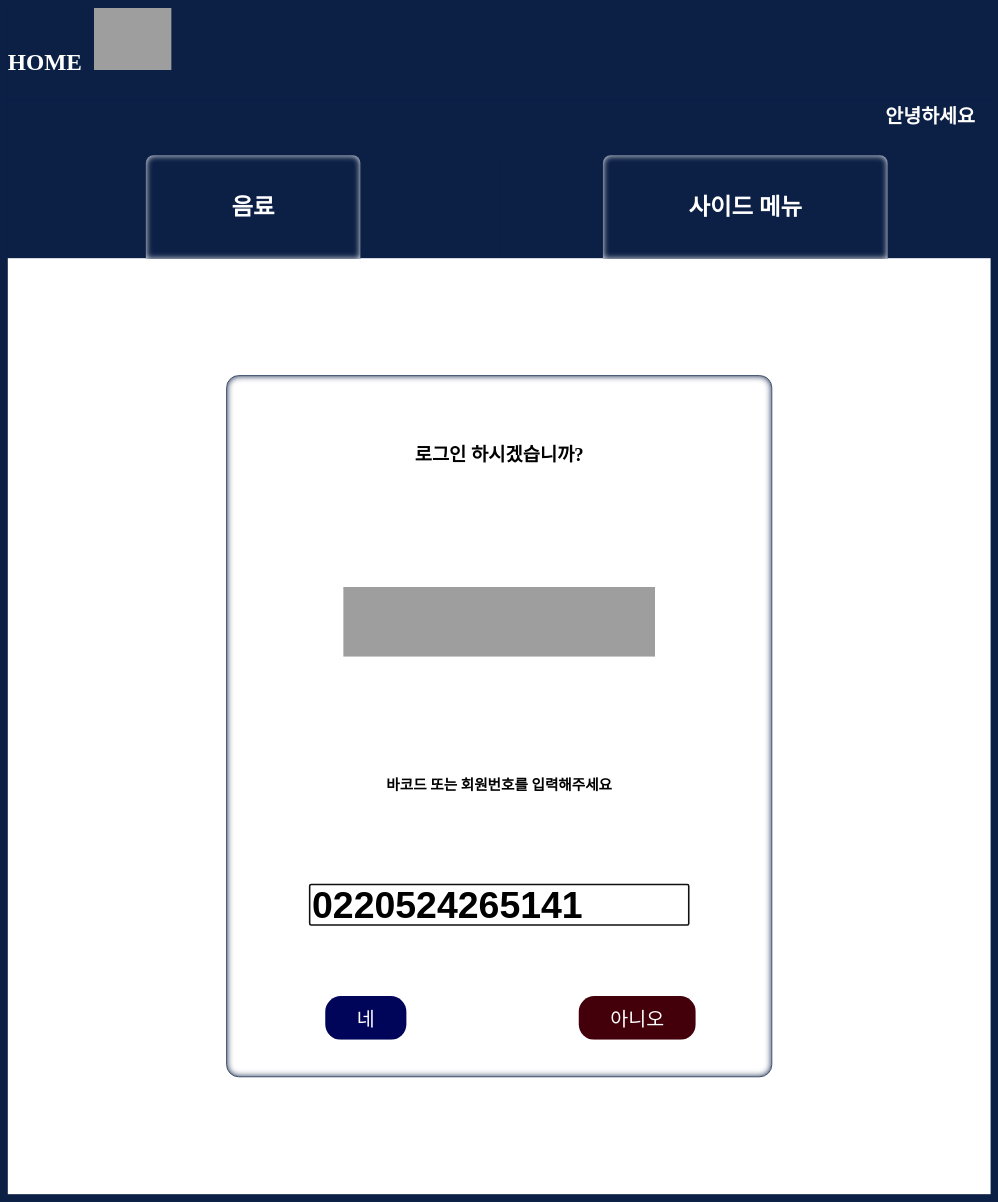
Repository: DevJoeYC/Metabukcs
Page: http://localhost/metabucks/KIOSK/login.jsp
An editor plug-in stored every save of this project. The page is shown before and after the next save, followed by the edit.
The browser window is 1280 px wide. The pictures show the whole page, at 78% of full size.
Pictures or frames that could not be fetched are drawn as grey boxes. The page is served by Tomcat 9. Other server files are loaded and not shown.

Above is the page before, as saved 2022-05-27 05:43:05.

### metabucks/WebContent/KIOSK/login.jsp
<%@ page language="java" contentType="text/html; charset=UTF-8"
    pageEncoding="UTF-8"%>
<%@ include file="includes/head.jsp" %>
<script>
	window.onload = function()
	{
		$("#usernum").focus();
	}

	function DoLogin()
	{
		if($("#usernum").val() == "" || $("#usernum").val() == null)

		{
			alert("회원번호를 입력하세요.");
			$("#usernum").focus();
			return;
		}

		//로그인 처리
		$.ajax({
			type : "post",
			url: "loginok.jsp",
			dataType: "html",
			data:
			{
				usernum: $("#usernum").val()
		    },
			success : function(data)
			{
				data = data.trim();
				if(data == "OK")
				{
					document.location = "drinkmenu.jsp";
				}else
				{
					alert("회원번호가 일치하지 않습니다.");
				}
			}
		});
	}
</script>
<!-- ==================================================================================================================== -->
<tr>
	<td style="background-color:white;padding:150px 0px 150px 0px" colspan=3>
		<form name="login" method="post" action="loginok.jsp" onsubmit="javascript:return false;">
		<table id="login" border="0" height="900" width="700" style="margin : auto; text-align:center">
			<tr>
				<td colspan="2"><h2>로그인 하시겠습니까?</h2></td>
			</tr>
			<tr>
				<td colspan="2"><img src="images/barcode.png" width="400" height="90"></td>
			</tr>
			<tr>
				<td colspan=2><h3>바코드 또는 회원번호를 입력해주세요</h3></td>
			</tr>

			<tr>
				<td colspan=2><input type="text"
									 id="usernum"
									 name="usernum"
									 style="width:30rem; height:3rem;font-size:3rem;font-weight:bold"
									 value="0220524265141">
				</td>
			</tr>

			<tr>
				<td width="350px"><a id="yes" href="javascript:DoLogin();">네</a></td>
				<td><span><a id="no" href="drinkmenu.jsp">아니오</a></span></td>
			</tr>
		</table>
		</form>
	</td>
<!-- ==================================================================================================================== -->
<%@ include file="includes/tail.jsp" %>

### metabucks/WebContent/KIOSK/includes/head.jsp
<%@ page language="java" contentType="text/html; charset=UTF-8"
    pageEncoding="UTF-8"%>
<%@ page import="meta.dto.*" %>
<%@ page import="meta.vo.*" %>
<!DOCTYPE html>

<%
	//session.setMaxInactiveInterval(60*1); //1분후 세션만료(아무 움직임 없을시)
	String id = "";
	accountVO user  = (accountVO) session.getAttribute("accountVO");
	if(user != null)
	{
		id = user.id();
	}
%>
<html>
	<head>

		<title>메타벅스</title>
		<link rel="stylesheet" href="css/kiosk.css"/>
		<script src="js/jquery-3.6.0.js"></script>
	</head>
	<style>

    	</style>
	<body>
		<table border=0  style="width:100%;">
			<tr>
				<td id="bar" colspan="2" style="text-align:left;padding:0px 0px 30px 0px"><a style="color: white;text-decoration:none;" href="index.jsp">HOME &nbsp;<img src="images/CoffeeLogo.png" height="80px" width="100px"></a></td>
			</tr>
			<tr>
				<td id="bar" colspan="2" style="text-align:right; width:100px; height:30px; font-size:25px; padding:0px 20px 30px 0px">
					<%
						if(id == null || id.equals(""))
						{
							%>
								안녕하세요
							<%
						}else
						{
							%>
							( <%= user.name() %> )님 환영합니다 &nbsp;&nbsp;&nbsp;<a id="mypagebtn" href="mypage.jsp">마이페이지</a></td>
							<%
						}
					%>
				</td>
			</tr>
			<tr>
				<td id="bar"  height="130px" width="100px" style="text-align:center"><a id="menu" style="color: white" href="drinkmenu.jsp">음료</a></td>
				<td id="bar" width="130px" style="text-align:center"><a id="menu" style="color: white" href="sidemenu.jsp">사이드 메뉴</a></td>
			</tr>

### metabucks/WebContent/KIOSK/includes/tail.jsp
<%@ page language="java" contentType="text/html; charset=UTF-8"
    pageEncoding="UTF-8"%>
</tr>
		</table>
	</body>
	</html>

### metabucks/WebContent/KIOSK/css/kiosk.css
@charset "UTF-8";

	#indexbar
	{
		font-size:30px
	}
	#abtn
	{
		text-decoration: none;
		background-color: #0C1F45;
		border:dotted;
		color: maroon;
		padding:80px 300px 80px 300px ;
		text-align: center;
		display: inline-block;
		border-radius: 20px 20px 20px 20px;
	}
	#abtn:hover, #abtn:active
	{
		background-color: #471214;
	}

	body
	{
		background-color:#0C1F45;
	}

	#login
	{
		background-color:white;
		border:1px solid #0C1F45;
		border-radius:16px;
		box-shadow:inset 0 0 8px #0C1F45;
	}
	#bar
	{
		background-color:#0C1F45;
		color:white;
		font-size:30px;
		font-weight:bold;
	}
	#menu
	{
		background-color: #0C1F45;
		text-decoration: none;
		padding: 50px 110px;
		border-radius: 10px 10px 0px 0px;
		box-shadow:inset 0 0 8px white;
		font-weight:bold;
	}
	#menu:hover
	{
		background-color: #471214;
	}
	#yes
	{
		text-decoration: none;
		background-color: #00055A;
		color: white;
		padding: 10px 40px;
		text-align: center;
		display: inline-block;
		border-radius: 20px 20px 20px 20px;
		font-size:25px;
	}
	#no
	{
		text-decoration: none;
		background-color: #44000A;
		color: white;
		padding: 10px 40px;
		text-align: center;
		display: inline-block;
		border-radius: 20px 20px 20px 20px;
		font-size:25px;
	}

	#optbtn
	{
		background-Color:#0C1F45;
		font:12px;
		font-weight:bold;
		color:white;
		border-radius: 10px 10px 10px 10px;
		font-size:20px;
	}
	#optbtn:hover
	{
		background-Color:#085820;
	}
	#optbtn:visited
	{
		background-Color:#085820;
	}
	#mypagebtn
	{
		text-decoration: none;
		background-color: white;
		color:black;
		padding: 10px 20px;
		display: inline-block;
		border-radius: 20px 20px 20px 20px;
		font-weight:bold;
		font-size:15px
	}

	#orderbtn
	{
		text-decoration: none;
		background-color: white;
		color: black;
		padding: 30px 190px;
		display: inline-block;
		border-radius: 10px 10px 10px 10px;;
		font-weight:bold;
		font-size:30px
	}
	#cancelbtn
	{
		text-decoration: none;
		background-color: #660010;
		color: white;
		padding: 60px 100px;
		display: inline-block;
		border-radius: 10px 10px 10px 10px;;
		font-weight:bold;
		font-size:30px;
	}

Loaded but not shown: metabucks/WebContent/KIOSK/js/jquery-3.6.0.js (library)

After the next save:
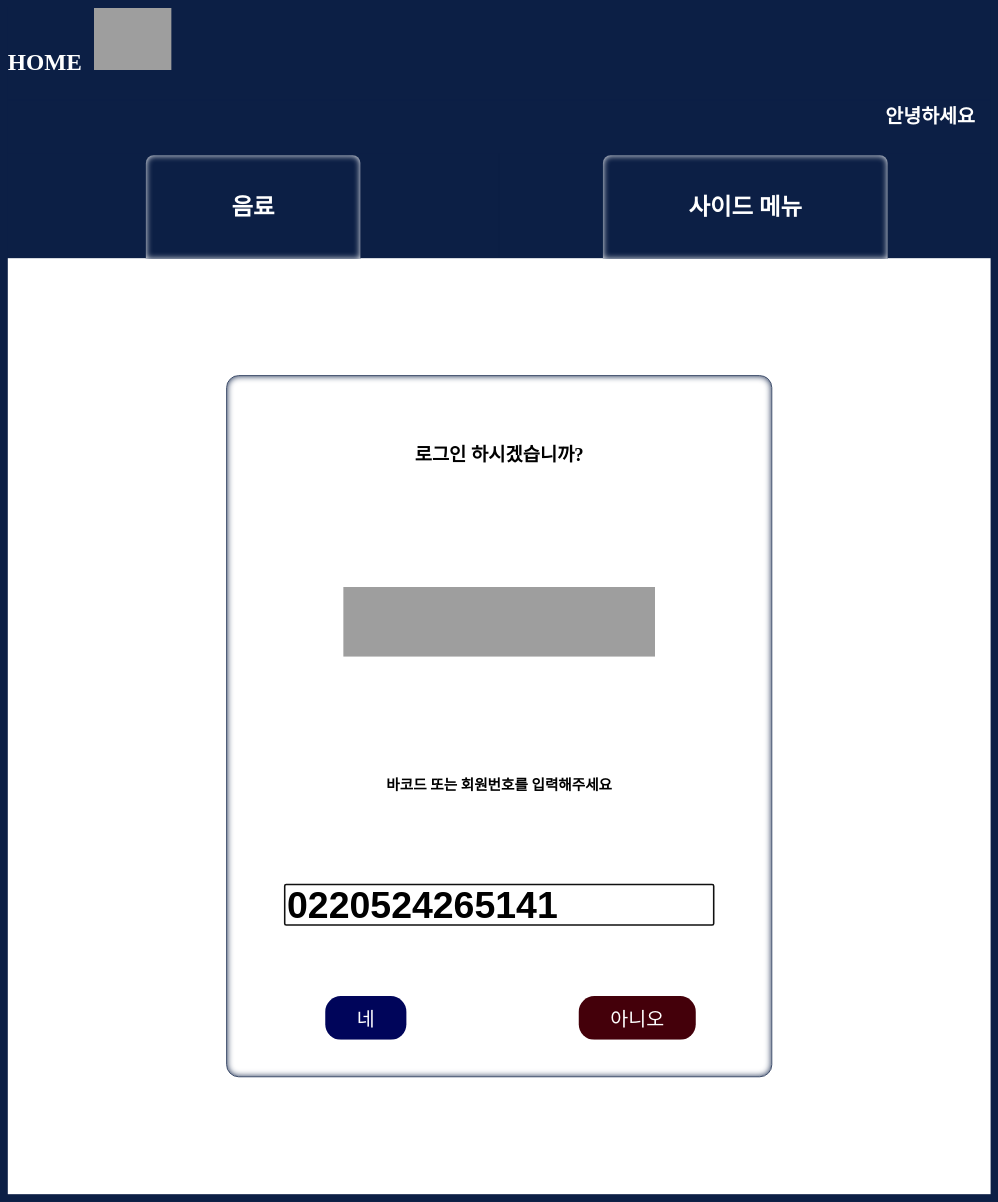
Saved 8 s later.
--- a/metabucks/WebContent/KIOSK/login.jsp
+++ b/metabucks/WebContent/KIOSK/login.jsp
@@ -59,7 +59,7 @@
 				<td colspan=2><input type="text"
 									 id="usernum"
 									 name="usernum"
-									 style="width:30rem; height:3rem;font-size:3rem;font-weight:bold"
+									 style="width:34rem; height:3rem;font-size:3rem;font-weight:bold"
 									 value="0220524265141">
 				</td>
 			</tr>
